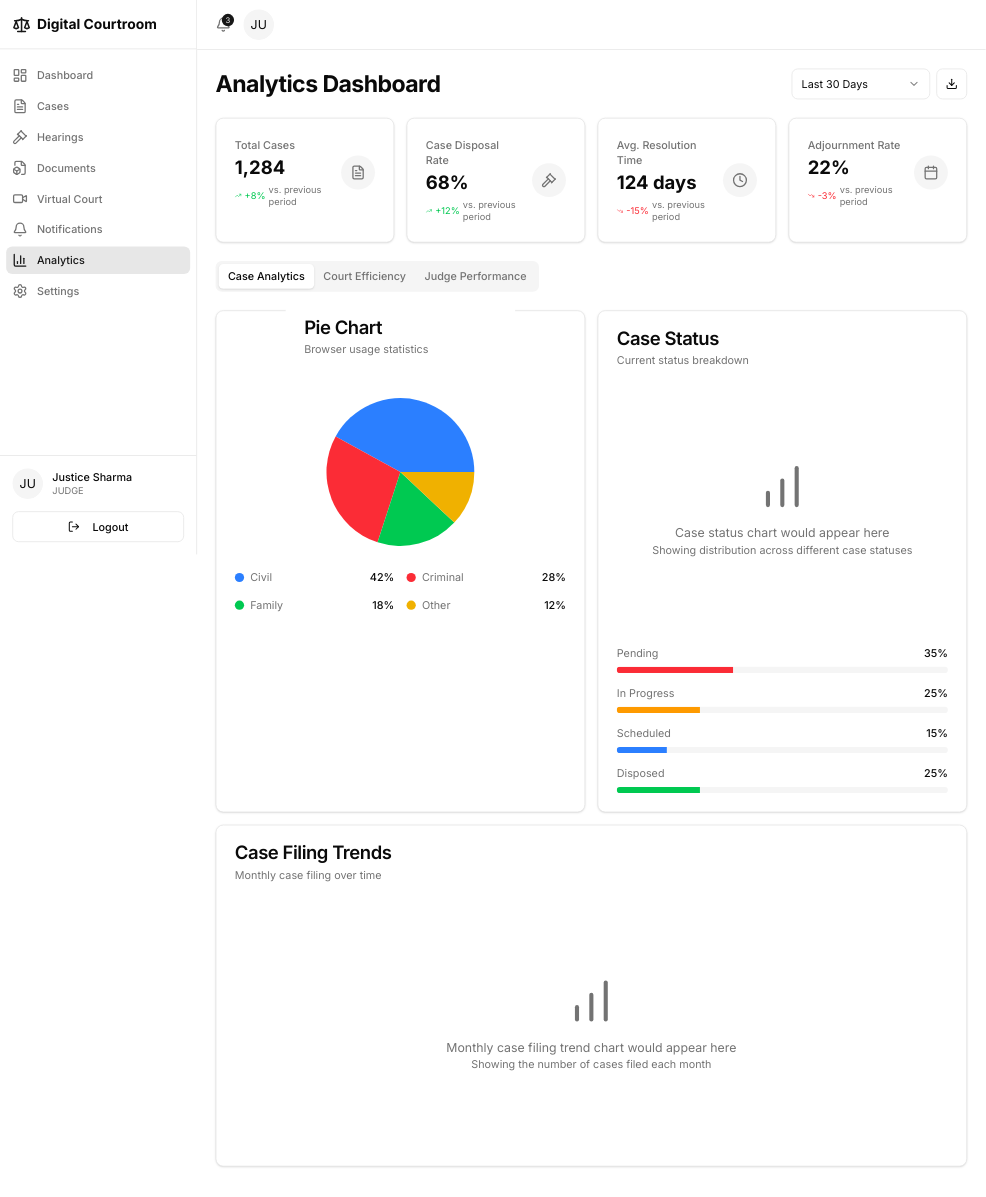
Repository: n0tank3sh/digicourt
Page: /analytics (app in frontend/)
The author's editor kept a copy of each file at every save. The page is drawn from the files as they stood at one save, then again after a run of saves.
The browser window is 1280 px wide. The pictures show the whole page, at 77% of full size.
The project was rebuilt for these pictures with package versions that can differ from the ones it lists, and the page was loaded fresh each time. The framework's server and built-in components were replaced by stand-ins that run in the browser. Also part of the build but not shown: frontend/next.config.ts.

Above is the page before, as saved 2025-03-26 22:33:00.

After the next 6 saves:
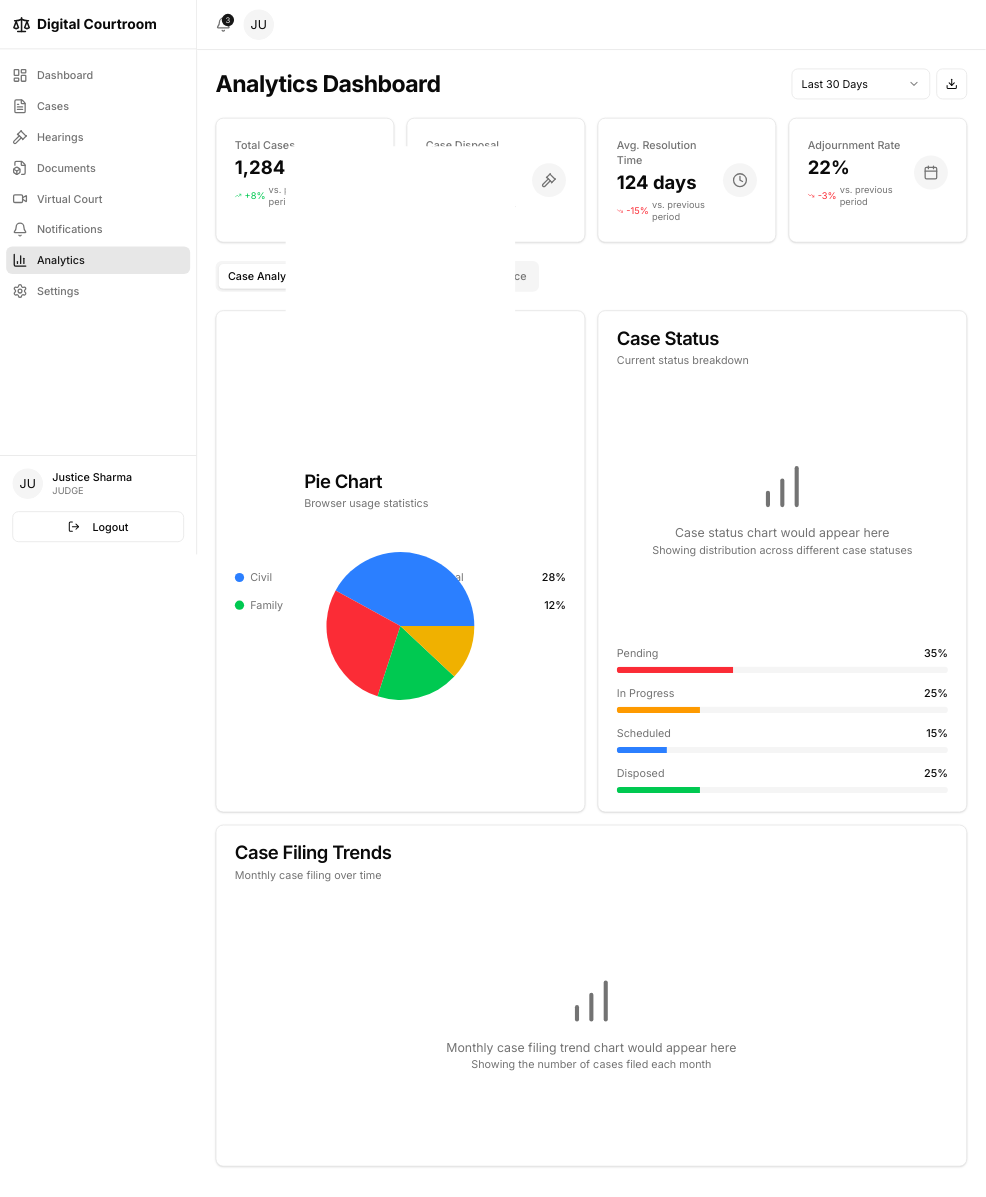
The 6 saves are shown as one change because they came seconds apart.
The last was saved 11 s later.
--- a/frontend/src/components/ui/piechart.tsx
+++ b/frontend/src/components/ui/piechart.tsx
@@ -48,7 +48,7 @@
 } satisfies ChartConfig
 export function PieChartComponent() {
     return (
-        <Card className="flex flex-col shadow-none  border-none  ">
+        <Card className="flex flex-col shadow-none  border-none pt-100  ">
             <CardHeader className="bg-transparent">
                <CardTitle>Pie Chart</CardTitle>
                 <CardDescription>Browser usage statistics</CardDescription>

After the save that followed:
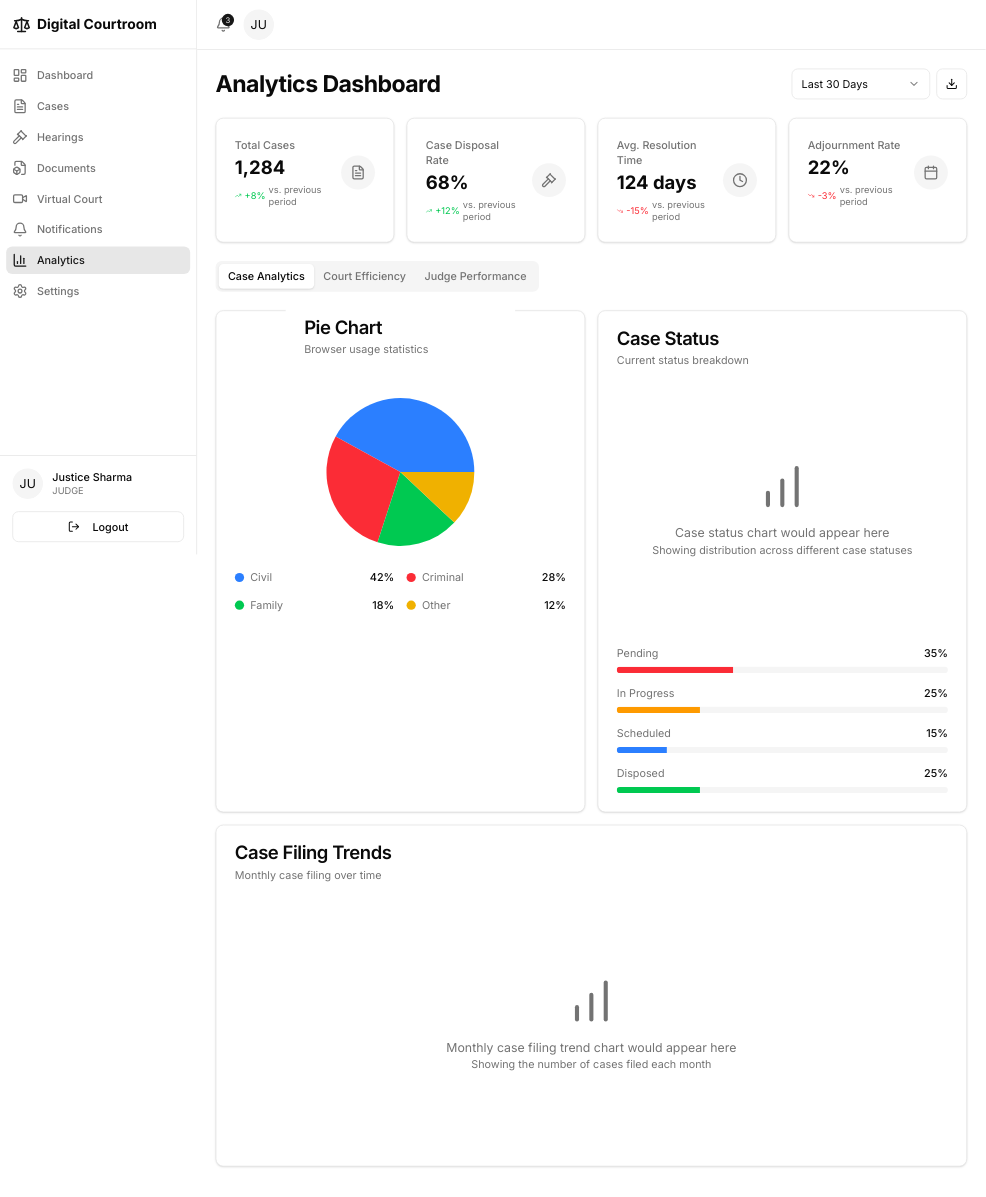
Saved 5 s later.
--- a/frontend/src/components/ui/piechart.tsx
+++ b/frontend/src/components/ui/piechart.tsx
@@ -48,7 +48,7 @@
 } satisfies ChartConfig
 export function PieChartComponent() {
     return (
-        <Card className="flex flex-col shadow-none  border-none pt-100  ">
+        <Card className="flex flex-col shadow-none  border-none   ">
             <CardHeader className="bg-transparent">
                <CardTitle>Pie Chart</CardTitle>
                 <CardDescription>Browser usage statistics</CardDescription>
